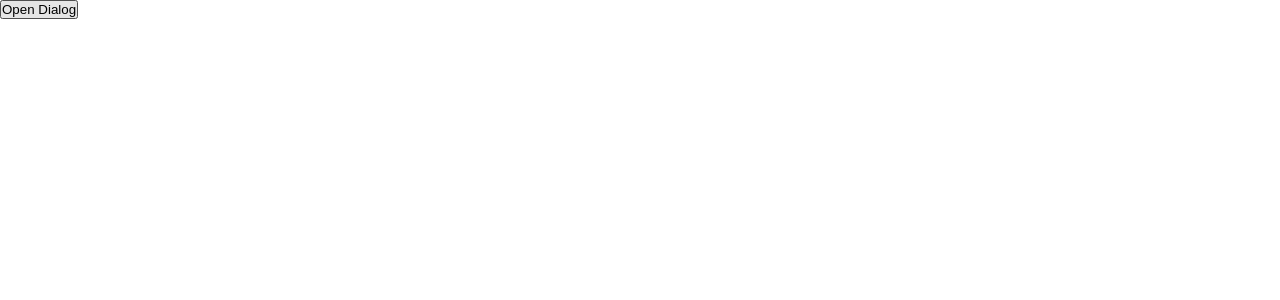
Repository: TonyLi0916/odin-library
Page: index.html
These files come from the project's save history. The page is drawn as it stood at one moment and after the next save; the edit follows.
The browser window is 1280 px wide. The pictures show the whole page.

Above is the page before, as saved 2025-11-10 21:18:20.

After the next save:
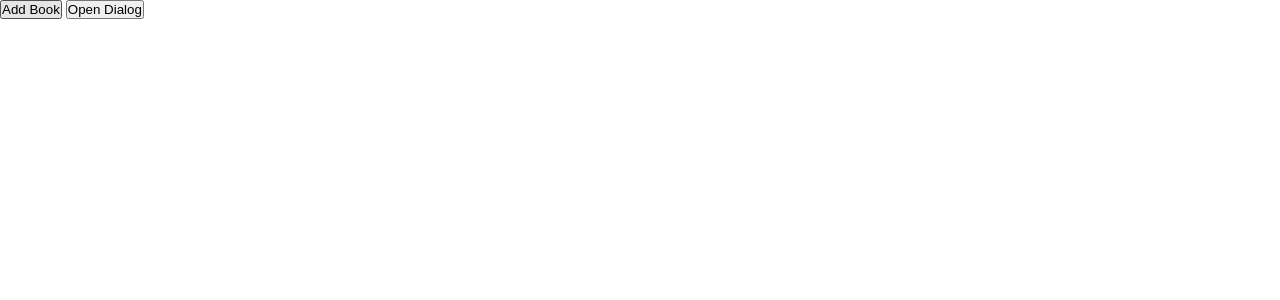
Saved 3 min 4 s later.
--- a/index.html
+++ b/index.html
@@ -7,7 +7,9 @@
     <link rel="stylesheet" href="styles.css">
 </head>
 <body>
-    <dialog>
+    <button id="openDialog">Add Book</button>
+
+    <dialog id="bookDialog">
         <button id="closeBtn">Close</button>
     </dialog>
 
